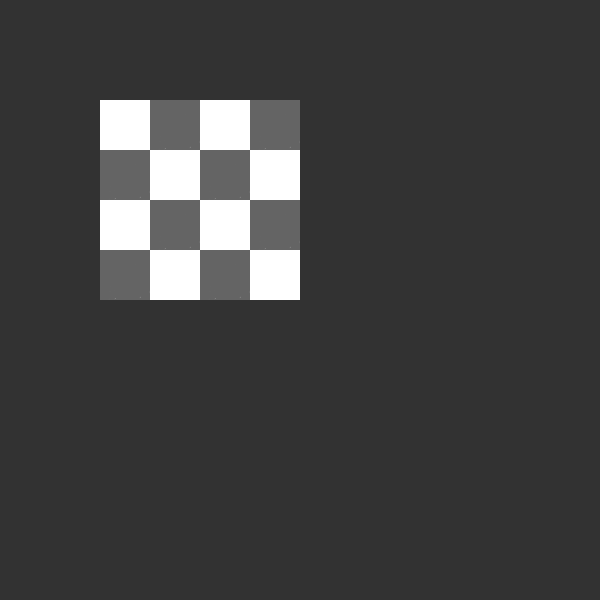
Repository: a-longe/capstone
Script's output: python engine/pygame_board.py
An editor plug-in stored every save of this project. The script's output is shown before and after the next save, followed by the edit.
The window is shown after at most 60 frames with no key pressed. Random numbers start from a fixed seed. It also reads engine/images/btile.png, engine/images/wK.png, engine/images/wtile.png.

Above is the script's output before, as saved 2023-11-24 13:43:27.

### engine/pygame_board.py
from curses.ascii import isupper
import pygame as pg
from my_utils import is_odd, column_letter_to_index
from os import path, environ

WINDOW_WIDTH = 600
WINDOW_HEIGHT = 600

BOARD_SIZE = 4

BG_COLOR = (50, 50, 50)

a8, a7, a6, a5, a4, a3, a2, a1 = (100, 100), (100, 150), (100, 200), (100, 250), (100, 300), (100, 350), (100, 400), (100, 450)
b8, b7, b6, b5, b4, b3, b2, b1 = (150, 100), (150, 150), (150, 200), (150, 250), (150, 300), (150, 350), (150, 400), (150, 450)
c8, c7, c6, c5, c4, c3, c2, c1 = (200, 100), (200, 150), (200, 200), (200, 250), (200, 300), (200, 350), (200, 400), (200, 450)
d8, d7, d6, d5, d4, d3, d2, d1 = (250, 100), (250, 150), (250, 200), (250, 250), (250, 300), (250, 350), (250, 400), (250, 450)
e8, e7, e6, e5, e4, e3, e2, e1 = (300, 100), (300, 150), (300, 200), (300, 250), (300, 300), (300, 350), (300, 400), (300, 450)
f8, f7, f6, f5, f4, f3, f2, f1 = (350, 100), (350, 150), (350, 200), (350, 250), (350, 300), (350, 350), (350, 400), (350, 450)
g8, g7, g6, g5, g4, g3, g2, g1 = (400, 100), (400, 150), (400, 200), (400, 250), (400, 300), (400, 350), (400, 400), (400, 450)
h8, h7, h6, h5, h4, h3, h2, h1 = (450, 100), (450, 150), (450, 200), (450, 250), (450, 300), (450, 350), (450, 400), (450, 450)

BOARD_RECT = (
    (a8, b8, c8, d8, e8, f8, g8, h8),
    (a7, b7, c7, d7, e7, f7, g7, h7),
    (a6, b6, c6, d6, e6, f6, g6, h6),
    (a5, b5, c5, d5, e5, f5, g5, h5),
    (a4, b4, c4, d4, e4, f4, g4, h4),
    (a3, b3, c3, d3, e3, f3, g3, h3),
    (a2, b2, c2, d2, e2, f2, g2, h2),
    (a1, b1, c1, d1, e1, f1, g1, h1)
)


IMAGE_DIR = path.join(path.dirname(path.abspath(__file__)), 'images')

environ['SDL_VIDEO_CENTERED'] = '1'

w_tile_img = pg.image.load(path.join(IMAGE_DIR, 'wtile.png'))
b_tile_img = pg.image.load(path.join(IMAGE_DIR, 'btile.png'))

def get_piece_img(glyph:str) -> pg.Surface:
    if glyph.isupper():
        color = 'w'
    else:
        color = 'b'
    piece_type = glyph.upper()
    return pg.image.load(path.join(IMAGE_DIR, f"{color}{piece_type}.png"))

def create_checkerboard() -> pg.Surface:
    checkerboard = pg.display.set_mode((WINDOW_WIDTH, WINDOW_HEIGHT))
    checkerboard.fill(BG_COLOR)
    for i in range(1, BOARD_SIZE + 1):
        for j in range(1, BOARD_SIZE + 1):
            if is_odd(i):
                if is_odd(j):
                    checkerboard.blit(w_tile_img, BOARD_RECT[i - 1][j - 1])
                else:
                    checkerboard.blit(b_tile_img, BOARD_RECT[i - 1][j - 1])
            elif not is_odd(i):
                if is_odd(j):
                    checkerboard.blit(b_tile_img, BOARD_RECT[i - 1][j - 1])
                else:
                    checkerboard.blit(w_tile_img, BOARD_RECT[i - 1][j - 1])
    return checkerboard

def display_piece(surface:pg.Surface, glyph:str, position:str) -> None:
    column, row = position[0], int(position[1])
    board_rect_row_index = 8 - row
    board_rect_column_index = column_letter_to_index[column]
    coordinates = BOARD_RECT[board_rect_row_index][board_rect_column_index]
    piece_img = get_piece_img(glyph)
    surface.blit(piece_img, coordinates)

pg.init()
checkerboard = create_checkerboard()
while True:
    pg.display.update()

### engine/my_utils.py
row_index_to_legend = {
	0:8,
	1:7,
	2:6,
	3:5,
	4:4,
	5:3,
	6:2,
	7:1
}

row_legend_to_index = {v:k for (k,v) in row_index_to_legend.items()}

column_index_to_letter = {
	0: 'a',
	1: 'b',
	2: 'c',
	3: 'd',
	4: 'e',
	5: 'f',
	6: 'g',
	7: 'h'
}

column_letter_to_index = {v:k for (k, v) in column_index_to_letter.items()}

def is_odd(num:int) -> bool:
    return num % 2 != 0

After the next save:
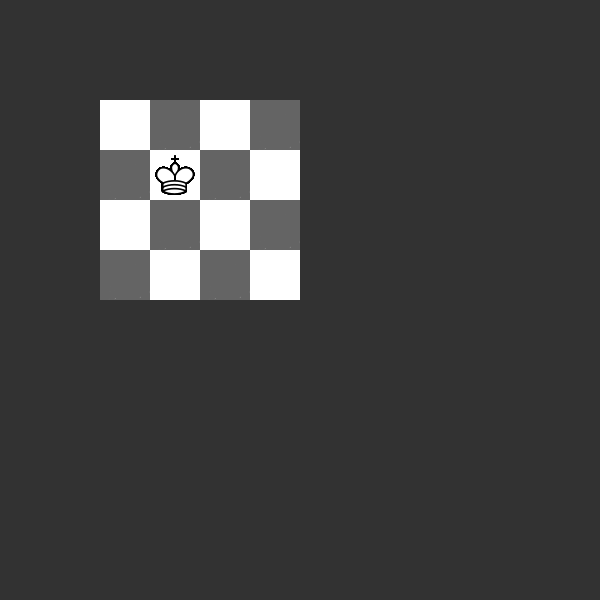
Saved 39 s later.
--- a/engine/pygame_board.py
+++ b/engine/pygame_board.py
@@ -71,7 +71,9 @@ def display_piece(surface:pg.Surface, glyph:str, position:str) -> None:
     piece_img = get_piece_img(glyph)
     surface.blit(piece_img, coordinates)
 
+
 pg.init()
 checkerboard = create_checkerboard()
 while True:
     pg.display.update()
+    display_piece(checkerboard, 'K', 'b7')
